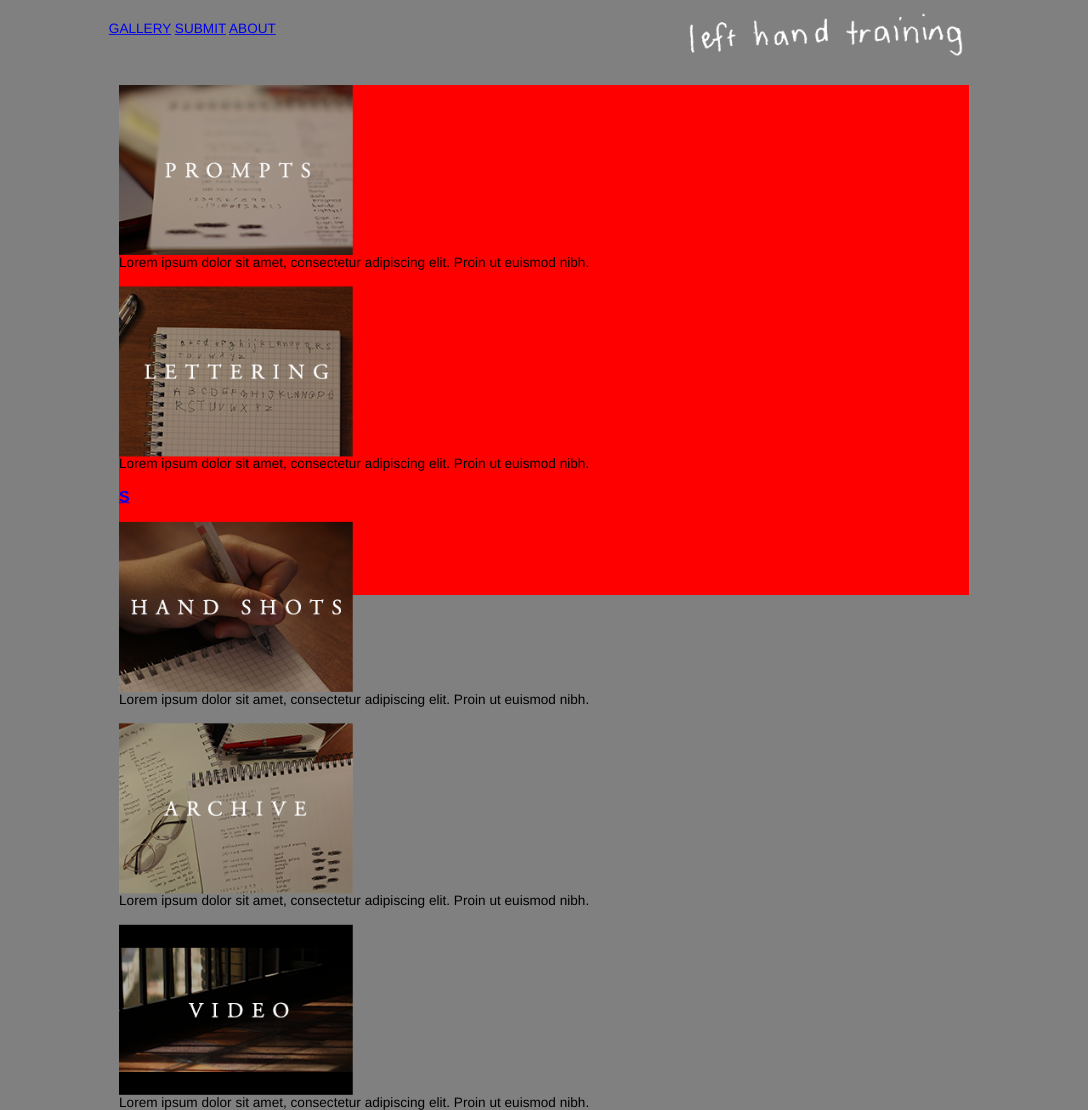
Repository: simonekurtz/simonekurtz.github.io
Page: 3ASGN_Catalog/gallery.html
The author's editor kept a record of every edit. The page is drawn from the files as they stood at one moment, then again after the next edit.
The browser window is 1280 px wide. The pictures show the whole page, at 85% of full size.
Some web libraries are served in a nearby version.

Above is the page before.

### 3ASGN_Catalog/gallery.html
<html>
    <head>
       <title>Left Hand Training</title>
         <link rel="stylesheet" href="gallery.css">

    </head>
    <body>
    <div class="splash-header">
        </div>

        <div class="header-image"><a href="index.html"><img src="images/menu/title_small.png"></a>
        </div>

        <div class="menu">
        <a href="gallery.html">GALLERY</a>
        <a href="submit.html">SUBMIT</a>
        <a href="about.html">ABOUT</a>
        </div>

<!--        <div class="menu">
            <a href="gallery.html"><img src="images/menu/gallery.png" class="gallerylink"></a>
            <a href="submit.html"><img src="images/menu/submit.png" class="submitlink"></a>
            <a href="about.html"><img src="images/menu/about.png" class="aboutlink"></a>

-->

        <div class="splash image">
            <a href="images/images/IMG_3008.jpg"></a>
        </div>

        <div class="content">
            <div class="GalleryBinder">

                <div class="GalleryBinderSub1">

                <div class="Gallery1">
                    <h3><a href="prompts.html"></a></h3>
                    <div class="galleryContainer1">
                        <div class="galleryImage1"><img src="images/images/PromptsCover.png">
                        </div>
                        <div class="galleryText">
                        Lorem ipsum dolor sit amet, consectetur adipiscing elit. Proin ut euismod nibh.
                        </div>
                    </div>
                </div>
                <div class="Gallery2">
                    <h3><a href="lettering.html"></a></h3>
                    <div class="galleryContainer2">
                        <div class="galleryImage2"><img src="images/images/LetteringCover.png">
                        </div>
                        <div class="galleryText">
                        Lorem ipsum dolor sit amet, consectetur adipiscing elit. Proin ut euismod nibh.
                        </div>
                    </div>
                </div>
                <div class="Gallery3">
                    <h3><a href="handshots.html">S</a></h3>
                    <div class="galleryContainer3">
                        <div class="galleryImage3"> <img src="images/images/HandCover.png">

                        </div>
                        <div class="galleryText">
                        Lorem ipsum dolor sit amet, consectetur adipiscing elit. Proin ut euismod nibh.
                        </div>
                    </div>
                </div>
                </div>
                <div class="GalleryBinderSub1">
                <div class="Gallery4">
                    <h3><a href="archive.html"></a></h3>
                    <div class="galleryContainer4">
                        <div class="galleryImage4">
                            <img src="images/images/ArchiveCover.png">
                        </div>
                        <div class="galleryText">
                        Lorem ipsum dolor sit amet, consectetur adipiscing elit. Proin ut euismod nibh.
                        </div>
                    </div>
                </div>
                <div class="Gallery5">
                    <h3><a href="video.html"></a></h3>
                    <div class="galleryContainer5">
                        <div class="galleryImage5"><img src="images/images/VideoCover.png">
                        </div>
                        <div class="galleryText">
                        Lorem ipsum dolor sit amet, consectetur adipiscing elit. Proin ut euismod nibh.
                        </div>
                    </div>
                </div>
                </div>
            </div>
            <div class="longwrapper">
                <div class="wrappercontent">

                </div>
            </div>
        </div>



        <script type="text/javascript" src="//code.jquery.com/jquery-1.11.2.min.js"></script>
        <script type="text/javascript" src="script.js"></script>
    </body>
</html>

### 3ASGN_Catalog/gallery.css
body {
    margin: 0px;
    cursor: url("images/icons/left-arrow-resize.png"), auto;
    font-family: helvetica, arial, sans-serif;
    background-color: gray;
}

a:hover{
    cursor:url("images/icons/left-pointer-resize.png"), auto;
}

.menu {
    position: absolute;
    width: 350px;
    left: 10%;
    top: 25px;
}

.header-image {
    position: absolute;
    top:10px;
    right: 10%;
}

.gallerylink {
    position: relative;
    padding: 1%;
}

.submitlink {
    position: relative;
    padding: 1%;
    top: -7px;
}

.aboutlink {
    position: relative;
    padding: 1%;
    top: -11px;
}

.content {
    background-color: red;
    width: 1000px;
    height: 600px;
    margin: 0 auto;
    margin-top: 100px;
}

### 3ASGN_Catalog/script.js
// var delay=1000 //set delay in miliseconds
// var curindex=0


	var randomimages = ["IMG_2998.JPG", "IMG_3003.jpg", "IMG_3008.jpg", "IMG_3018.jpg", "IMG_3043.jpg"];


function randselect() {
    var slideshow = "url(images/images/" + randomimages[Math.floor(Math.random()*randomimages.length)] + ")";

$("body").css("background-image",slideshow);

}

setInterval("randselect()",7000);

setTimeout("randselect()",1000);




// var preload=new Array()

// for (n=0;n<randomimages.length;n++)
// {
// 	preload[n]=new Image()
// 	preload[n].src=randomimages[n]
// }

// document.write('<img name="defaultimage" src="images/'+randomimages[Math.floor(Math.random()*(randomimages.length))]+'">')

// function rotateimage()
// {

// if (curindex==(tempindex=Math.floor(Math.random()*(randomimages.length)))){
// curindex=curindex==0? 1 : curindex-1
// }
// else
// curindex=tempindex

// 	document.images.defaultimage.src=randomimages[curindex]
// }

// setInterval("rotateimage()",delay)

After the next edit:
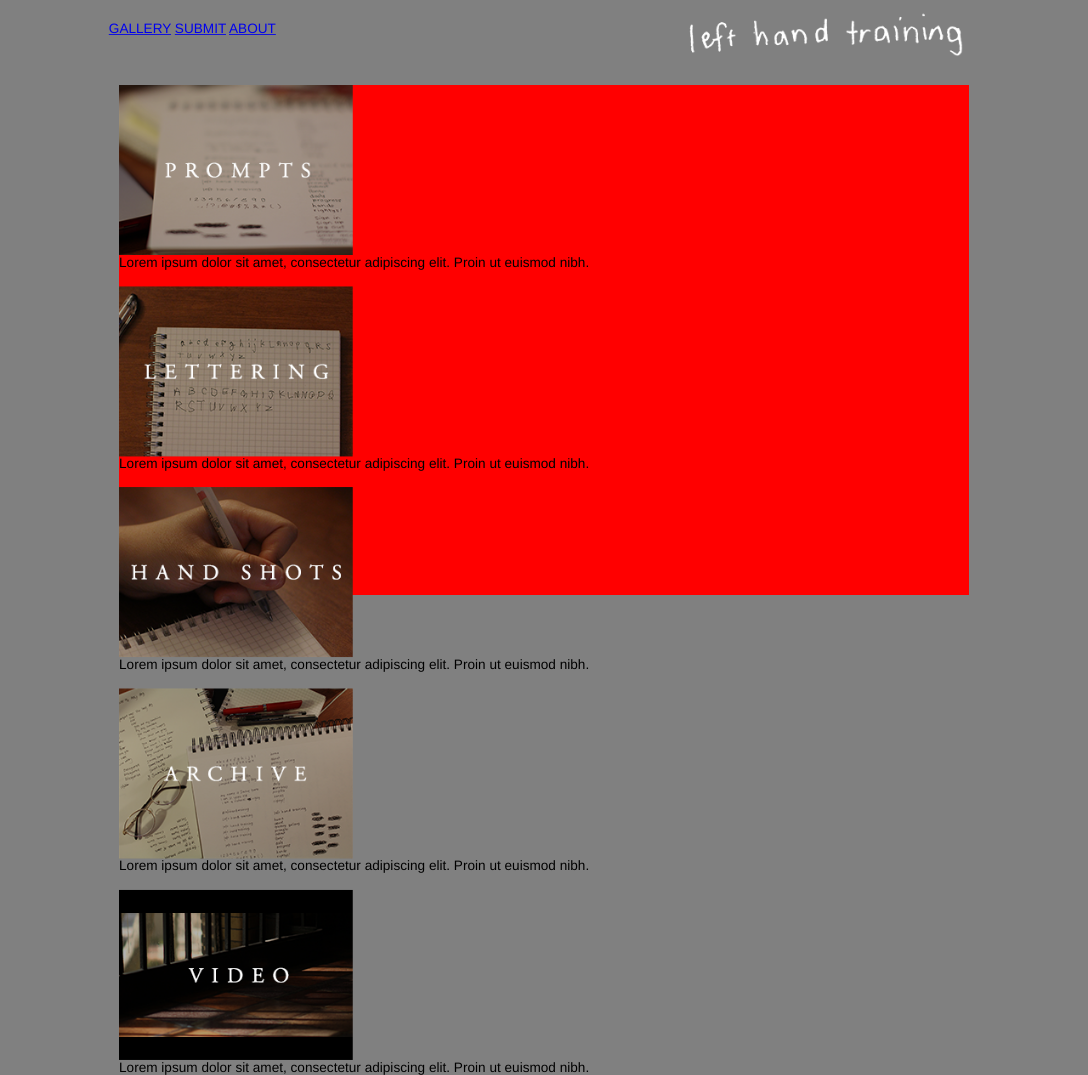
The edit:
--- a/3ASGN_Catalog/gallery.html
+++ b/3ASGN_Catalog/gallery.html
@@ -54,7 +54,7 @@
                     </div>
                 </div>
                 <div class="Gallery3">
-                    <h3><a href="handshots.html">S</a></h3>
+                    <h3><a href="handshots.html"></a></h3>
                     <div class="galleryContainer3">
                         <div class="galleryImage3"> <img src="images/images/HandCover.png">
 
